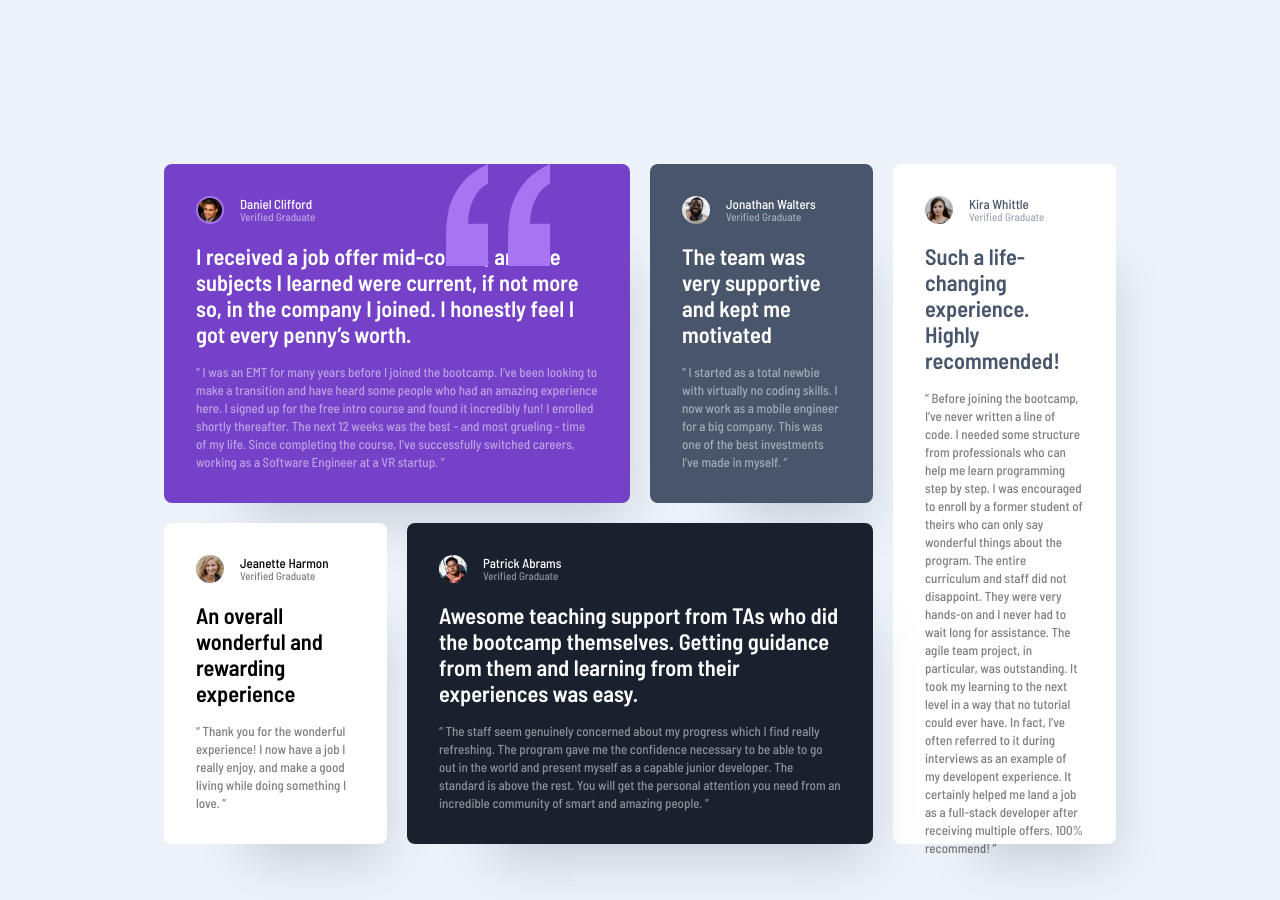
Repository: brandontaylor1/testimonial-card
Page: index.html
An editor plug-in stored every save of this project. The page is shown before and after the next save, followed by the edit.
The browser window is 1280 px wide. The pictures show the whole page.

Above is the page before, as saved 2025-01-11 00:48:12.

### index.html
<!DOCTYPE html>
<html lang="en">
<head>
    <meta charset="UTF-8">
    <meta name="viewport" content="width=device-width, initial-scale=1.0">
    <link rel="preconnect" href="https://fonts.googleapis.com">
    <link rel="preconnect" href="https://fonts.gstatic.com" crossorigin>
    <link href="https://fonts.googleapis.com/css2?family=Barlow+Semi+Condensed:ital,wght@0,100;0,200;0,300;0,400;0,500;0,600;0,700;0,800;0,900;1,100;1,200;1,300;1,400;1,500;1,600;1,700;1,800;1,900&display=swap" rel="stylesheet">
    <link rel="stylesheet" href="styles.css">
    <title>Testimonial Grid </title>
</head>
<body>
    <main class="container">
        <section class="testimonial-grid">
            <div class="card" id="card-1">
                <img src="./assets/images/bg-pattern-quotation.svg" alt="big quotation marks" class="quotation">
                <div class="profile-content">
                    <img src="./assets/images/image-daniel.jpg" alt="profile image" class="profile-img purple">
                    <div class="profile-text">
                        <h3>Daniel Clifford</h3>
                        <p>Verified Graduate</p>
                    </div>
                </div>
                <h1 class="card-heading">I received a job offer mid-course, and the subjects I learned were current, if not more so, in the company I joined. I honestly feel I got every penny’s worth.</h1>
                <h2 class="card-subheading">“ I was an EMT for many years before I joined the bootcamp. I’ve been looking to make a transition and have heard some people who had an amazing experience here. I signed up for the free intro course and found it incredibly fun! I enrolled shortly thereafter. The next 12 weeks was the  best - and most grueling - time of my life. Since completing the course, I’ve  successfully switched careers, working as a Software Engineer at a VR startup. ”</h2>
            </div>
            <div class="card" id="card-2">
                <div class="profile-content">
                    <img src="./assets/images/image-jonathan.jpg" alt="picture of Jonathan Walters" class="profile-img">
                    <div class="profile-text">
                        <h3>Jonathan Walters</h3>
                        <p>Verified Graduate</p>
                    </div>
                </div>
                <h1 class="card-heading">The team was very supportive and kept me motivated</h1>
                <h2 class="card-subheading">“ I started as a total newbie with virtually no coding skills. I now work as a mobile engineer for a big company. This was one of the best investments I’ve made in myself. “</h2>
            </div>
            <div class="card" id="card-3">
                <div class="profile-content">
                    <img src="./assets/images/image-kira.jpg" alt="picture of Kira Whittle" class="profile-img">
                    <div class="profile-text">
                        <h3 class="white-card">Kira Whittle</h3>
                        <p class="white-card">Verified Graduate</p>
                    </div>
                </div>
                <h1 class="card-heading white-card">Such a life-changing experience. Highly recommended!</h1>
                <h2 class="card-subheading">“ Before joining the bootcamp, I’ve never written a line of code. I needed some structure from professionals who can help me learn programming step by step. I was encouraged to enroll by a former student of theirs who can only say wonderful things about the program. The entire curriculum and staff did not disappoint. They were very hands-on and I never had to wait long for assistance. The agile team project, in particular, was outstanding. It took my learning to the next level in a way that no tutorial could ever have. In fact, I’ve often referred to it during interviews as an example of my developent experience. It certainly helped me land a job as a full-stack developer after receiving multiple offers. 100% recommend!  ”</h2>
            </div>
            <div class="card" id="card-4">
                <div class="profile-content">
                    <img src="./assets/images/image-jeanette.jpg" alt="picture of Jeanette Harmon" class="profile-img">
                    <div class="profile-text">
                        <h3>Jeanette Harmon</h3>
                        <p>Verified Graduate</p>
                    </div>
                </div>
                <h1 class="card-heading">An overall wonderful and rewarding experience</h1>
                <h2 class="card-subheading">“ Thank you for the wonderful experience! I now have a job I really enjoy, and make a good living while doing something I love. ”</h2>
            </div>
            <div class="card" id="card-5">
                <div class="profile-content">
                    <img src="./assets/images/image-patrick.jpg" alt="picture of Patrick Abrams" class="profile-img">
                    <div class="profile-text">
                        <h3>Patrick Abrams</h3>
                        <p>Verified Graduate</p>
                    </div>
                </div>
                <h1 class="card-heading">Awesome teaching support from TAs who did the bootcamp themselves. Getting guidance from them and learning from their experiences was easy.</h1>
                <h2 class="card-subheading">“ The staff seem genuinely concerned about my progress which I find really refreshing. The program gave me the confidence necessary to be able to go out in the world and present myself as a capable junior developer. The standard is above the rest. You will get the personal attention you need from an incredible community of smart and amazing people.  ”</h2>
            </div>
        </section>
    </main>
</body>
</html>

### styles.css
* {
    margin: 0;
    padding: 0;
    box-sizing: border-box;
}

:root {

    --primary-moderate-violet: hsl(263, 55%, 52%);
    --primary-very-dark-grayish-blue: hsl(217, 19%, 35%);
    --primary-very-dark-blackish-blue: hsl(219, 29%, 14%);
    --primary-white: hsl(0, 0%, 100%);

    --secondary-neurtal-light-gray: hsl(0, 0%, 81%);
    --seconday-light-grayish-blue: hsl(210, 46%, 95%);
}

body {
    background-color: #ECF2F8;
    padding: 164px;
    font-family: "Barlow Semi Condensed", sans-serif;
}

.container {
    display: flex;
    align-items: center;
    justify-content: center;
}

.testimonial-grid {
    display: grid;
    grid-template-columns: repeat(4, 1fr);
    grid-template-rows: repeat(2, 1fr);
    gap: 20px;
    height: 572px;
    width: 1110px;
}

.card {
    height: 100%;
    padding: 2rem;
    border-radius: 8px;
    box-shadow: 40px 60px 50px -47px rgba(72, 85, 106, 0.25);
    position: relative;
    z-index: 1;
}

.quotation {
    position: absolute;
    top: 0;
    right: 5rem;
    z-index: 0;

}

.white-card {
    color: #48556A;
}
.colored-card {
    color: #FFF;
}

.profile-content {
    display: flex;
    align-items: center;
    gap: 1rem;
}

.profile-text h3 {
    font-size: 13px;
    font-style: normal;
    font-weight: 500;
    line-height: 13px; /* 100% */
}

.profile-text p {
    font-size: 11px;
    font-style: normal;
    font-weight: 500;
    line-height: 11px; /* 100% */
    opacity: 0.5;
}

.profile-img {
    width: 28px;
    height: 28px;
    border-radius: 50%;
}

.card-heading {
    font-size: 1.4rem;
    font-style: normal;
    font-weight: 600;
    line-height: normal;
    margin-top: 1.2rem;
    z-index: 1;
}

.card-subheading {
    font-size: 13px;
    font-style: normal;
    font-weight: 500;
    line-height: 18px; /* 138.462% */
    margin-top: 1rem;
    opacity: 0.5;
}

.purple {
    border: 2px solid #A775F1;
}

#card-1 {
    grid-column: 1 / span 2;
    border-radius: 8px;
    background-color: var(--primary-moderate-violet);
    color: var(--primary-white);
}

#card-2 {
    grid-column: 3 / span 1;
    background-color: var(--primary-very-dark-grayish-blue);
    color: var(--primary-white);

}

#card-3 {
    grid-column: 4 / span 1;
    grid-row: 1 / span 2;
    background-color: var(--primary-white);
}

#card-4 {
    grid-column: 1 / span 1;
    grid-row: 2 / span 1;
    background-color: var(--primary-white);
}

#card-5 {
    grid-column: 2 / span 2;
    grid-row: 2 / span 1;
    background-color: var(--primary-very-dark-blackish-blue);
    color: var(--primary-white);

}


@media screen and (max-width: 954px) {
    .testimonial-grid {
        width: 100%;
        grid-template-columns: repeat(2, 1fr);
        grid-template-rows: repeat(4, 1fr);
    }

    #card-1 {
        grid-column: 1 / span 2;
        grid-row: 1 / span 1;
    }

    #card-2 {
        grid-column: 1 / span 2;
        grid-row: 2 / span 1;
    }

    #card-3 {
        grid-column: 1 / span 2;
        grid-row: 3 / span 1;
    }

    #card-4 {
        grid-column: 1 / span 2;
        grid-row: 4 / span 1;
    }

    #card-5 {
        grid-column: 1 / span 2;
        grid-row: 5 / span 1;
    }
}

After the next save:
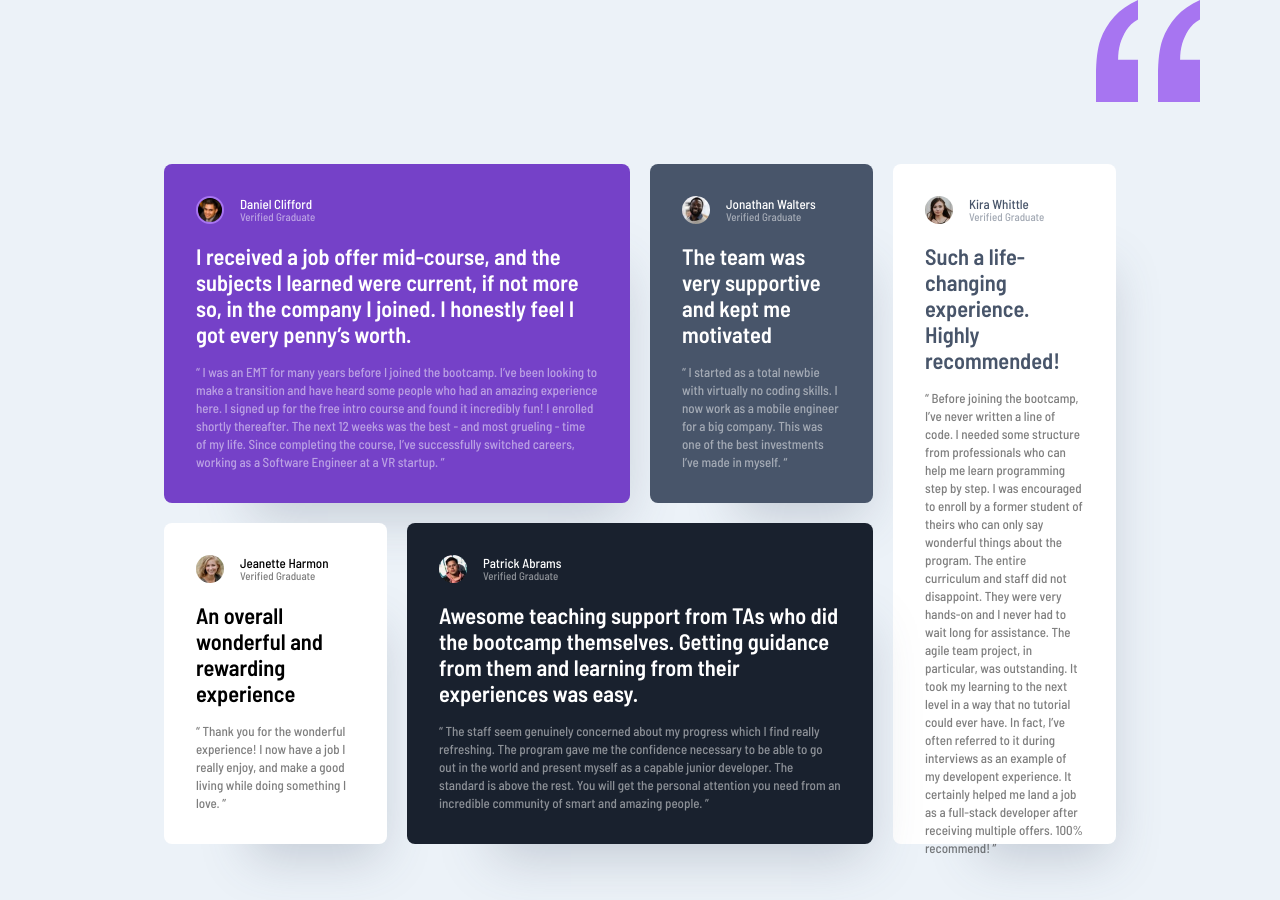
Saved 43 s later.
--- a/styles.css
+++ b/styles.css
@@ -41,8 +41,6 @@
     padding: 2rem;
     border-radius: 8px;
     box-shadow: 40px 60px 50px -47px rgba(72, 85, 106, 0.25);
-    position: relative;
-    z-index: 1;
 }
 
 .quotation {
@@ -93,6 +91,7 @@
     font-weight: 600;
     line-height: normal;
     margin-top: 1.2rem;
+    position: relative;
     z-index: 1;
 }
 

After the save that followed:
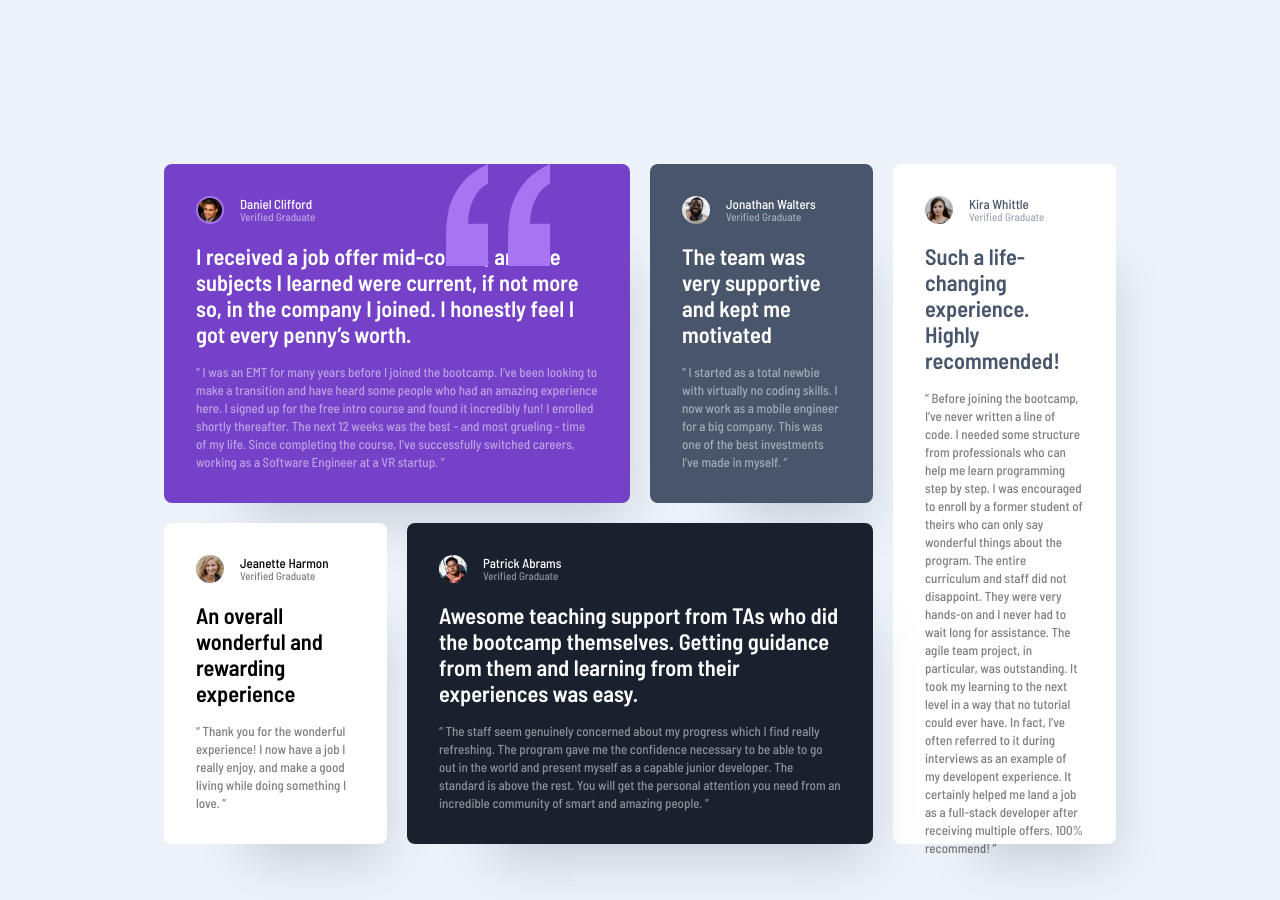
Saved 27 s later.
--- a/styles.css
+++ b/styles.css
@@ -41,6 +41,7 @@
     padding: 2rem;
     border-radius: 8px;
     box-shadow: 40px 60px 50px -47px rgba(72, 85, 106, 0.25);
+    position: relative;
 }
 
 .quotation {
@@ -91,7 +92,6 @@
     font-weight: 600;
     line-height: normal;
     margin-top: 1.2rem;
-    position: relative;
     z-index: 1;
 }
 
